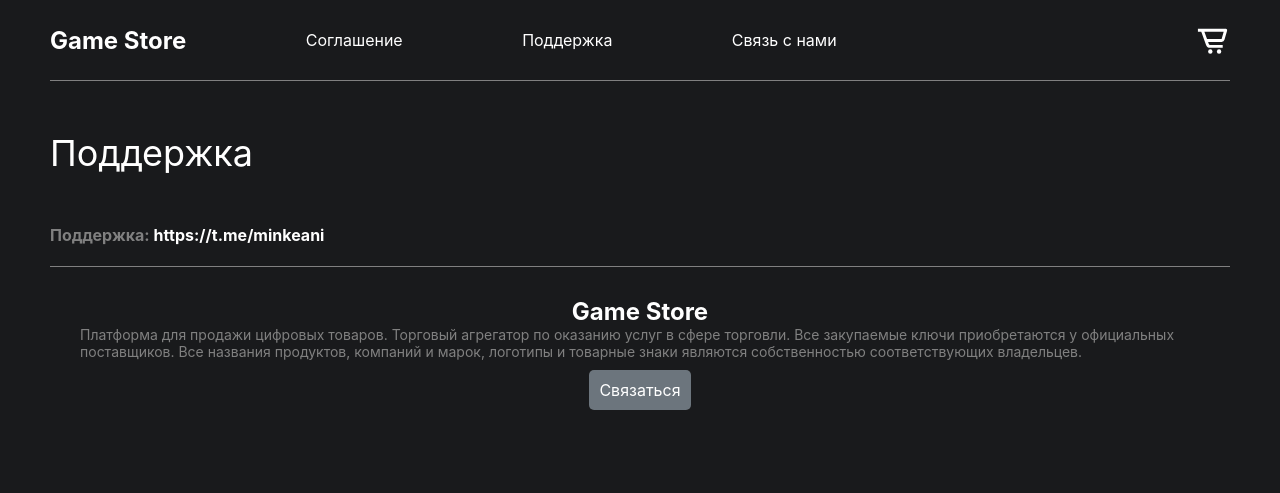
Repository: Minkeani/GameStore
Page: /support
The author's editor kept a copy of each file at every save. The page is drawn from the files as they stood at one save, then again after a run of saves.
The browser window is 1280 px wide. The pictures show the whole page.
The project was rebuilt for these pictures with package versions that can differ from the ones it lists, and the page was loaded fresh each time. Also part of the build but not shown: src/components/ItemsInCart/ItemsInCart.css, src/components/ItemsInCart/ItemsInCart.jsx, src/components/CartMenu/CartMenu.css, src/components/Btn/Btn.css, src/components/Btn/Btn.jsx, src/components/CartItem/CartItem.css, src/components/CartItem/CartItem.jsx, src/components/utils/utils.js and 19 more.

Above is the page before, as saved 2022-09-11 11:34:21.

After the next 2 saves:
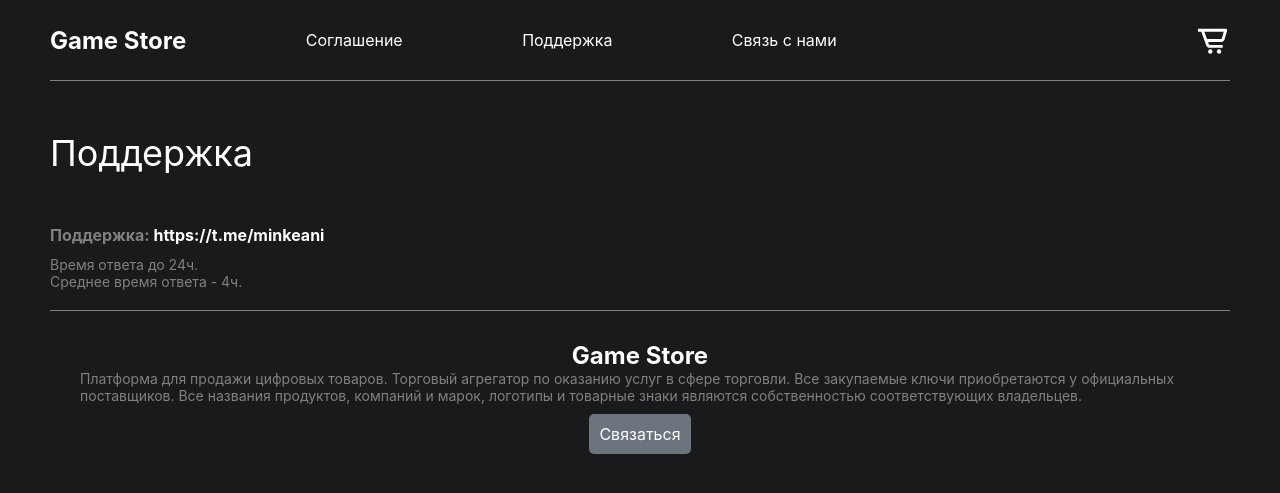
The 2 saves are shown as one change because 1 did not build or start.
The last was saved 36 s later.
--- a/src/components/Support/Support.jsx
+++ b/src/components/Support/Support.jsx
@@ -1,6 +1,7 @@
 import React from 'react';
 import BigTitle from '../Ui/BigTitle/BigTitle';
 import Title from '../Ui/Title/Title';
+import P from '../Ui/P/P';
 import './Support.css'
 
 const Support = () => {
@@ -8,6 +9,11 @@ const Support = () => {
         <div>
             <BigTitle>Поддержка</BigTitle>
             <Title>Поддержка: <a target='blank' href='https://t.me/minkeani'>https://t.me/minkeani</a> </Title>
+            <P>
+            Время ответа до 24ч.
+            <br/>
+Среднее время ответа - 4ч.
+            </P>
         </div>
     );
 }
